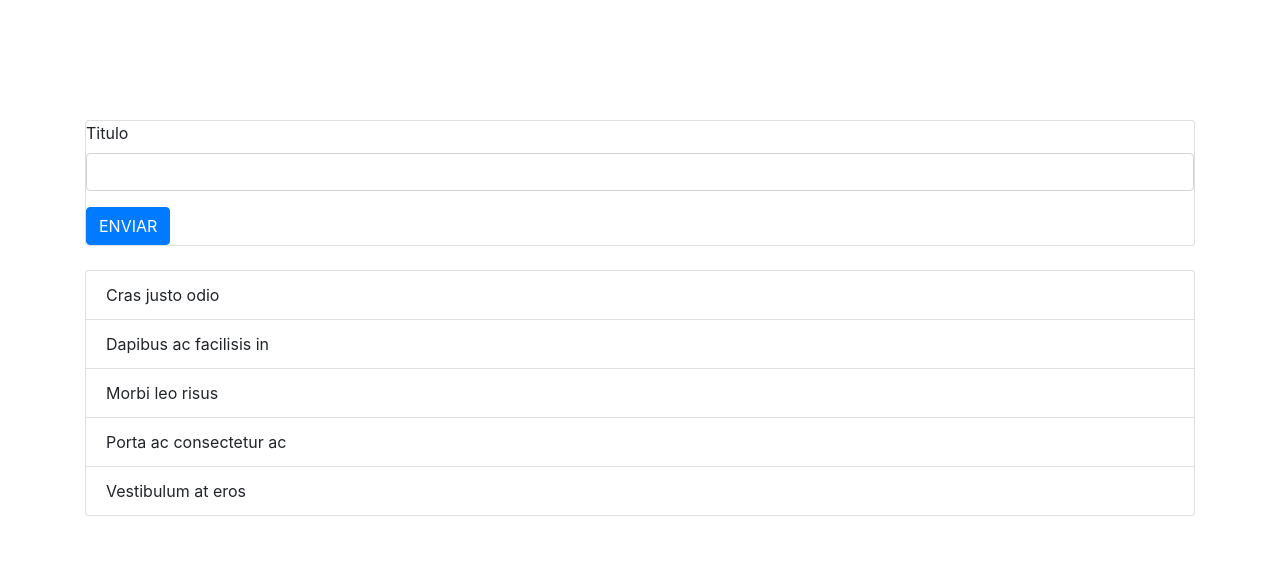
Repository: wolwerr/VueJs-Ninja
Page: Aula-15.html
These files come from the project's save history. The page is drawn as it stood at one moment and after the next save; the edit follows.
The browser window is 1280 px wide. The pictures show the whole page.

Above is the page before, as saved 2021-10-25 23:29:51.

### Aula-15.html
<!DOCTYPE html>
<html lang="en">
<head>
    <meta charset="UTF-8">
    <meta http-equiv="X-UA-Compatible" content="IE=edge">
    <meta name="viewport" content="width=device-width, initial-scale=1.0">
    <meta http-equiv="X-UA-Compatible" content="IE=edge">
    <title>Aulas de Vuejs</title>
    <link rel="stylesheet" href="https://maxcdn.bootstrapcdn.com/bootstrap/4.0.0/css/bootstrap.min.css" integrity="sha384-Gn5384xqQ1aoWXA+058RXPxPg6fy4IWvTNh0E263XmFcJlSAwiGgFAW/dAiS6JXm" crossorigin="anonymous">
</head>
<body>
    <div id="app">
        <br><br><br><br><br>
        <div class="container">
            <div>
            <template id="form">
            <div class="card">
                <div class="card-block">
                    <div class="form-group">
                        <label for="">Titulo</label>
                        <input type="text" class="form-control">
                    </div>
                        <button class="btn btn-primary">ENVIAR</button>
                </div>
                </div>
            </template>
        <br>
        <template id="list">
        <ul class="list-group">
            <li class="list-group-item">Cras justo odio</li>
            <li class="list-group-item">Dapibus ac facilisis in</li>
            <li class="list-group-item">Morbi leo risus</li>
            <li class="list-group-item">Porta ac consectetur ac</li>
            <li class="list-group-item">Vestibulum at eros</li>
        </ul>
        </div>

        </template>



    <script src="https://unpkg.com/vue"></script>

    <script>

        Vue.component('form', {
            el: "#form",
        });

        Vue.component('list', {
            el: "#list",
        });

        var app = new Vue({
            el: "#app",

            data: {
                titulo: "Aulas de Vuejs",


            }
        });
    </script>
</body>
</html>

After the next save:
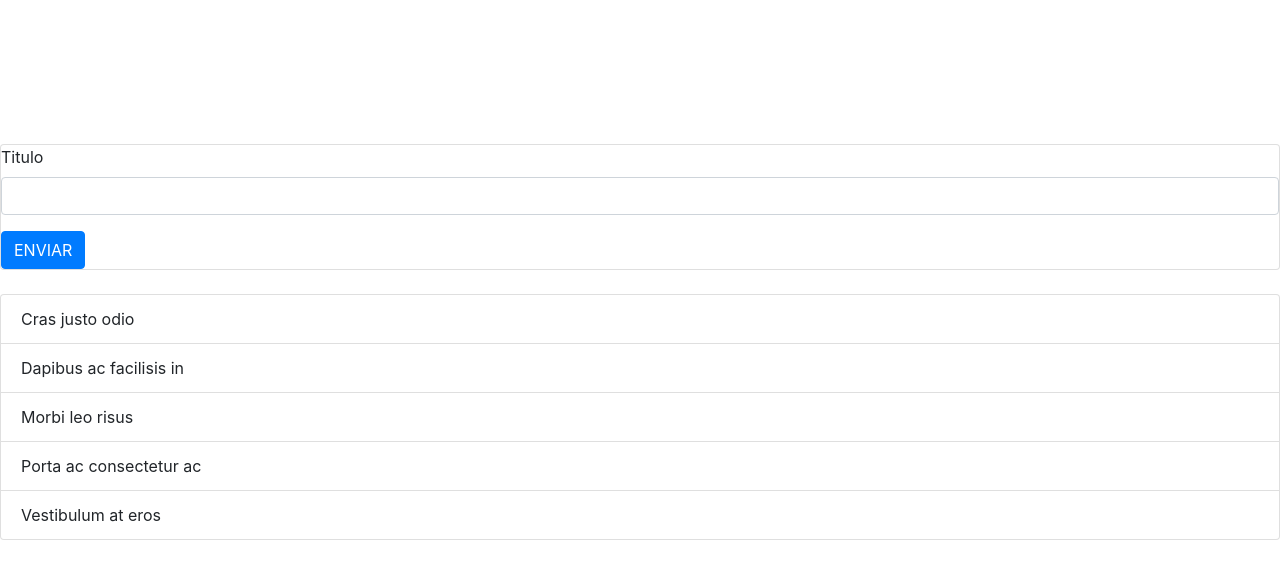
Saved 99 s later.
--- a/Aula-15.html
+++ b/Aula-15.html
@@ -12,7 +12,13 @@
     <div id="app">
         <br><br><br><br><br>
         <div class="container">
-            <div>
+            <input-form></input-form>
+
+            <br>
+
+            <my-list></my-list>
+
+        </div>
             <template id="form">
             <div class="card">
                 <div class="card-block">
